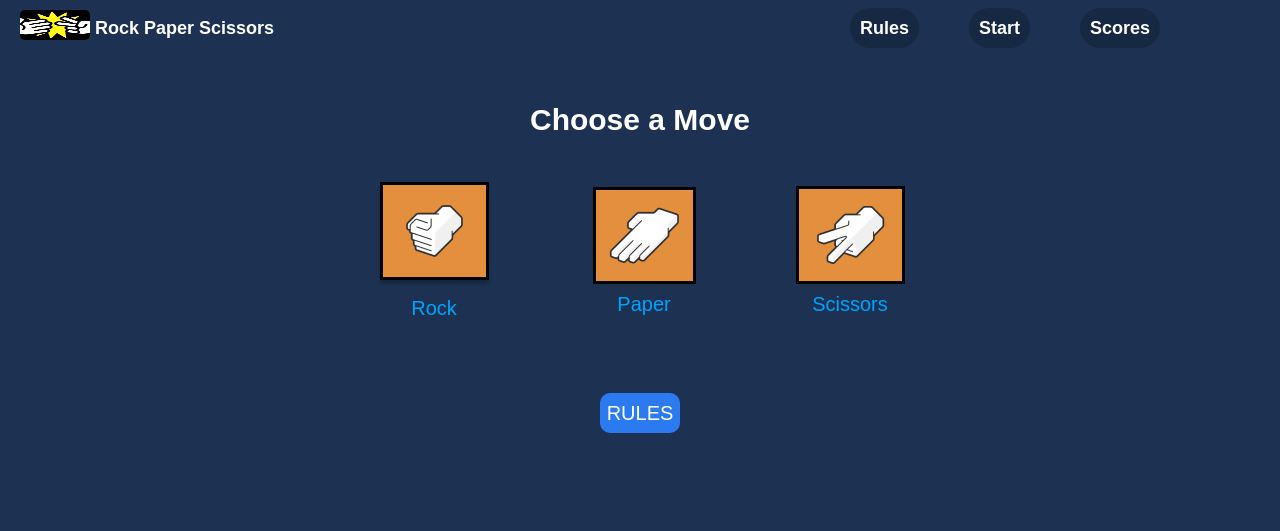
Repository: MikkyPrestige/rock-paper-scissors
Page: game.html
An editor plug-in stored every save of this project. The page is shown before and after the next save, followed by the edit.
The browser window is 1280 px wide. The pictures show the whole page.

Above is the page before, as saved 2023-05-08 06:51:15.

### game.html
<!DOCTYPE html>
<html lang="en">

<head>
  <meta charset="UTF-8">
  <meta http-equiv="X-UA-Compatible" content="IE=edge">
  <meta name="viewport" content="width=device-width, initial-scale=1.0">
  <title>Rock, Paper, Scissors</title>
  <link rel="stylesheet" href="./index.css">
</head>

<body>
  <main>
    <header>
      <figure class="headerLogo">
        <a href="/">
          <img src="./img/logo.png" alt="Logo" class="logo">
        </a>
        <figcaption class="logoCaption">Rock Paper Scissors</figcaption>
      </figure>
      <nav>
        <ul>
          <li><a href="#rule">Rules</a></li>
          <li><a href="./game.html">Start</a></li>
          <li><a href="#">Scores</a></li>
        </ul>
      </nav>
    </header>
    <section class="game">
      <h1 class="game--title">Choose a Move</h1>
      <figure class="game--images">
        <div class="game--img">
          <img src="./img/rock.png" alt="Rock image">
          <figcaption class="game--caption">Rock</figcaption>
        </div>
        <div class="game--img">
          <img src="./img/paper.png" alt="paper image">
          <figcaption class="game--caption">Paper</figcaption>
        </div>
        <div class="game--img">
          <img src="./img/scissors.png" alt="scissors image">
          <figcaption class="game--caption">Scissors</figcaption>
        </div>
      </figure>
      <button class="rule--btn">
        <a href="./index.html#rule">Rules</a>
      </button>
    </section>
  </main>
</body>

</html>

### index.css
*,
*::after,
*::before {
  box-sizing: border-box;
  margin: 0;
  padding: 0;
}

html {
  font-size: 62.5%;
}

body {
  font-family: "Fira Sans", sans-serif;
  font-size: 1.6rem;
  line-height: 1.5;
  background: rgba(29, 50, 83, 1);
  color: rgba(255, 255, 255, 1);
  width: 100%;
  height: 100%;
}

main {
  display: flex;
  flex-direction: column;
  justify-content: center;
  align-items: center;
  gap: 2rem;
  height: 100%;
  width: 100%;
}

header {
  display: flex;
  justify-content: space-between;
  align-items: center;
  padding: 1rem 2rem;
  width: 100%;
  height: auto;
}

.headerLogo {
  display: flex;
  align-items: center;
  gap: .5rem;
  height: auto;
}

.logo {
  width: 7rem;
  height: 3rem;
  border-radius: .5rem;
  -webkit-border-radius: .5rem;
  -moz-border-radius: .5rem;
  -ms-border-radius: .5rem;
  -o-border-radius: .5rem;
}

.logoCaption {
  font-size: 1.8rem;
  font-weight: 600;
  color: rgba(255, 255, 255, 1);
}

nav {
  height: auto;
  margin-right: 10rem;
}

ul {
  display: flex;
  justify-content: center;
  align-items: center;
  gap: 5rem;
  list-style: none;
}

li a {
  font-size: 1.8rem;
  font-weight: 600;
  color: rgba(255, 255, 255, 1);
  background: linear-gradient(0deg, rgba(0, 0, 0, 0.2), rgba(0, 0, 0, 0.2)), #1D3253;
  text-decoration: none;
  padding: 1rem;
  border-radius: 2rem;
}

li a:hover {
  background: rgba(255, 255, 255, 1);
  color: rgba(29, 50, 83, 1);
  text-decoration: underline;
}

.home {
  display: flex;
  justify-content: center;
  align-items: center;
  width: 100%;
  height: 70vh;
}

.images {
  position: relative;
  height: 100%;
  flex-basis: 30%;
}

.img {
  background: rgba(253, 253, 253, 0.9);
  border-radius: 50%;
  -webkit-border-radius: 50%;
  -moz-border-radius: 50%;
  -ms-border-radius: 50%;
  -o-border-radius: 50%;
  width: 15rem;
  height: 15rem;
}

.rock {
  position: absolute;
  top: 5rem;
  left: 0rem;
}

.paper {
  position: absolute;
  top: 5rem;
  right: 5rem;
}

.scissors {
  position: absolute;
  bottom: 5rem;
  left: 8rem;
}

.content {
  display: flex;
  flex-direction: column;
  justify-content: center;
  align-items: center;
  gap: 2rem;
}

.content--title {
  font-size: 3.6rem;
  font-weight: 600;
  width: 70%;
  text-transform: uppercase;
}

.content-rock {
  color: rgba(195, 183, 183, 1);
}

.content-scissors {
  color: rgba(233, 35, 35, 1);
}

.content--text {
  font-size: 2.5rem;
  font-weight: 400;
  width: 70%;
}

.fun {
  color: rgba(233, 35, 35, 1);
}

.btn {
  width: 13rem;
  height: 5rem;
  background: #2C7AF0;
  border-radius: 1rem;
  -webkit-border-radius: 1rem;
  -moz-border-radius: 1rem;
  -ms-border-radius: 1rem;
  -o-border-radius: 1rem;
  border: none;
  margin-top: 5rem;
  transition: all .3s ease-in-out;
  -webkit-transition: all .3s ease-in-out;
  -moz-transition: all .3s ease-in-out;
  -ms-transition: all .3s ease-in-out;
  -o-transition: all .3s ease-in-out;
}

.btn a {
  text-decoration: none;
  font-size: 2rem;
  color: rgba(255, 255, 255, 1);
  cursor: pointer;
}

.btn a:hover {
  color: rgba(44, 122, 240, 1);
}

.btn:hover {
  background: rgba(255, 255, 255, .7);
}

.rule {
  width: 100%;
  height: 100%;
  background: #D0CEC9;
}

.rule--container {
  display: flex;
  flex-direction: column;
  justify-content: center;
  align-items: center;
  gap: 1rem;
  margin: 2rem;
}

.rule--title {
  font-size: 3rem;
  font-weight: 600;
  color: #000;
}

.rule--content {
  display: flex;
  justify-content: space-around;
  align-items: center;
}

.rule--img {
  width: 35rem;
  height: 35rem;
}

.rule--para {
  background: #C4C4C4;
  width: 50%;
  text-align: center;
  padding: 2rem 5rem;
  border-radius: 3rem;
  -webkit-border-radius: 3rem;
  -moz-border-radius: 3rem;
  -ms-border-radius: 3rem;
  -o-border-radius: 3rem;
  display: flex;
  flex-direction: column;
  justify-content: center;
  align-items: center;
  gap: 1rem;
}

.rule--text {
  color: rgba(0, 163, 255, 1);
}

.game {
  display: flex;
  flex-direction: column;
  justify-content: center;
  align-items: center;
  gap: 2rem;
  width: 100%;
  height: 100%;
}

.game--title {
  font-size: 3rem;
  font-weight: 600;
  margin: 2rem;
}

.game--images {
  display: flex;
  justify-content: center;
  align-items: center;
  gap: 10rem;
  width: 100%;
}

.game--img {
  display: flex;
  flex-direction: column;
  justify-content: center;
  align-items: center;
  gap: .5rem;
}

.game--caption {
  font-size: 2rem;
  color: rgba(0, 163, 255, 1);
}

.rule--btn {
  width: 8rem;
  height: 4rem;
  background: #2C7AF0;
  border-radius: 1rem;
  -webkit-border-radius: 1rem;
  -moz-border-radius: 1rem;
  -ms-border-radius: 1rem;
  -o-border-radius: 1rem;
  border: none;
  margin-top: 5rem;
  transition: all .3s ease-in-out;
  -webkit-transition: all .3s ease-in-out;
  -moz-transition: all .3s ease-in-out;
  -ms-transition: all .3s ease-in-out;
  -o-transition: all .3s ease-in-out;
}

.rule--btn a {
  text-decoration: none;
  font-size: 2rem;
  color: rgba(255, 255, 255, 1);
  cursor: pointer;
  text-transform: uppercase;
}

.rule--btn a:hover {
  color: rgba(44, 122, 240, 1);
}

.rule--btn:hover {
  background: rgba(255, 255, 255, .7);
}

footer {
  margin: 1rem auto;
}

.footer--text {
  font-family: "Inter";
}

.footer--link {
  color: rgba(44, 122, 240, 1);
  text-decoration: none;
}

After the next save:
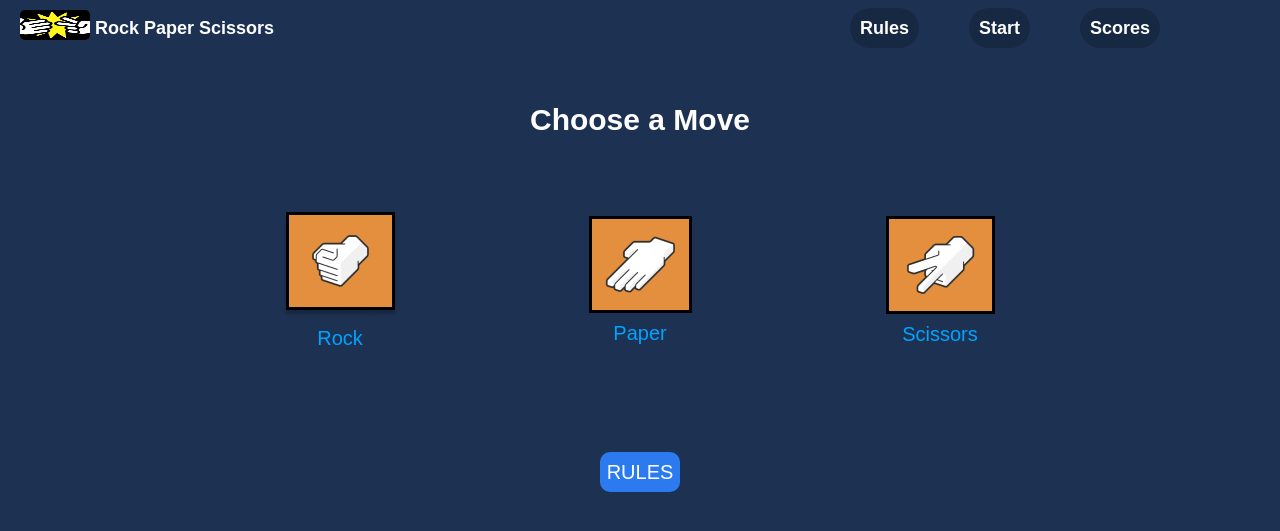
Saved 2 min 23 s later.
--- a/index.css
+++ b/index.css
@@ -283,6 +283,8 @@
   justify-content: center;
   align-items: center;
   gap: .5rem;
+  width: 20rem;
+  height: 20rem;
 }
 
 .game--caption {

After the 2 saves that followed:
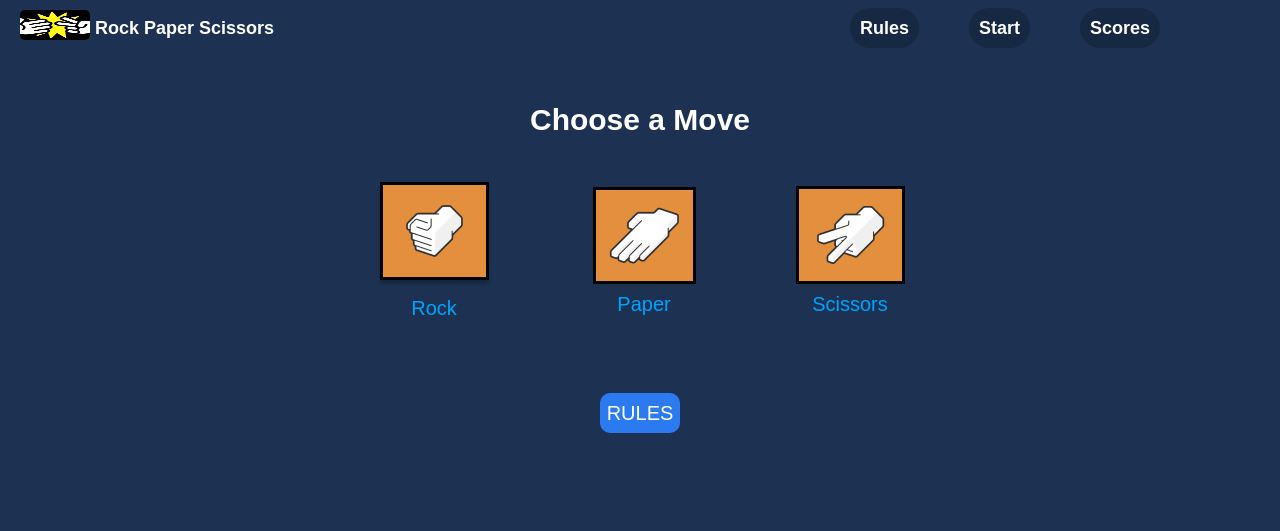
The 2 saves are shown as one change because they came seconds apart.
The last was saved 8 s later.
--- a/index.css
+++ b/index.css
@@ -283,8 +283,7 @@
   justify-content: center;
   align-items: center;
   gap: .5rem;
-  width: 20rem;
-  height: 20rem;
+
 }
 
 .game--caption {
